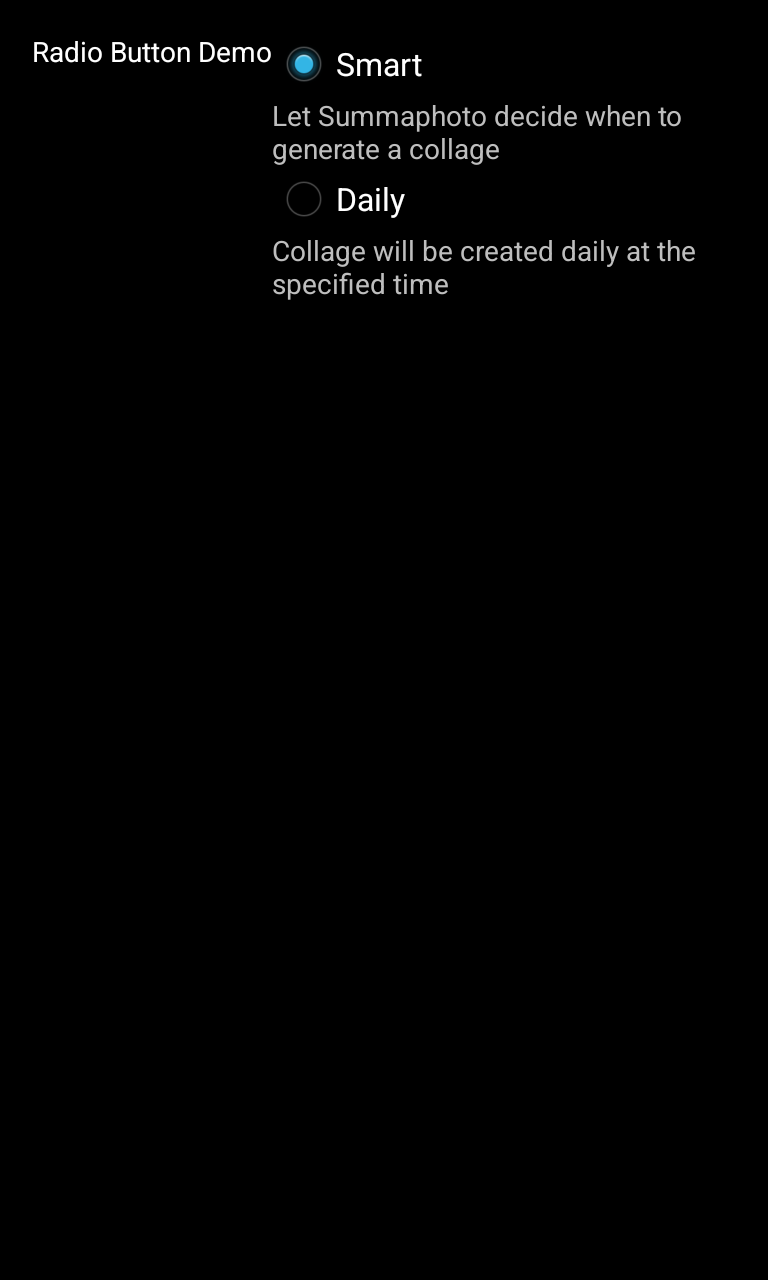
Repository: ulugbekjs/SummaPhoto
Layout: Workshop/res/layout/activity_settings.xml
An editor plug-in stored every save of this project. The layout is shown before and after the next save, followed by the edit.
It is drawn on a 768 x 1280 px phone screen (xhdpi) without system bars, with theme SummaPhotoTheme; the app's code is not run.

Above is the layout before, as saved 2013-08-12 12:04:16.

After the next save:
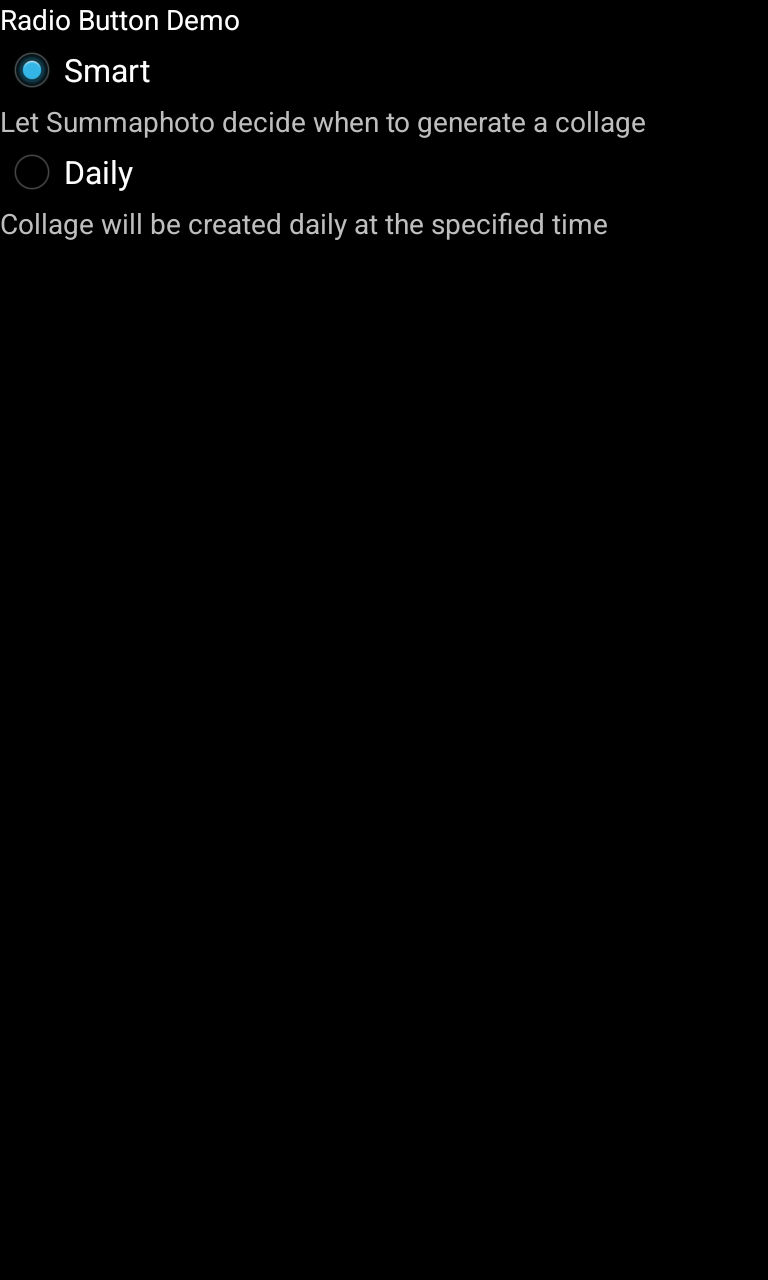
Saved 24 s later.
--- a/Workshop/res/layout/activity_settings.xml
+++ b/Workshop/res/layout/activity_settings.xml
@@ -2,10 +2,7 @@
     xmlns:tools="http://schemas.android.com/tools"
     android:layout_width="match_parent"
     android:layout_height="match_parent"
-    android:paddingBottom="@dimen/activity_vertical_margin"
-    android:paddingLeft="@dimen/activity_horizontal_margin"
-    android:paddingRight="@dimen/activity_horizontal_margin"
-    android:paddingTop="@dimen/activity_vertical_margin"
+    android:orientation="vertical"
     tools:context=".SettingsActivity" >
 
     <TextView
